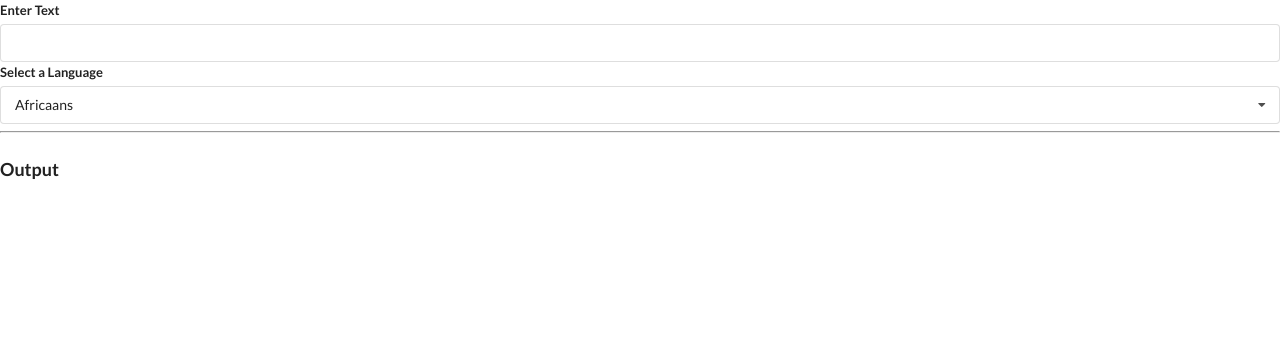
Repository: EgorSherstnev/widgets
Page: /
An editor plug-in stored every save of this project. The page is shown before and after the next save, followed by the edit.
The browser window is 1280 px wide. The pictures show the whole page.
The page's requests for data from a server got no answer. Some web libraries are served in a nearby version. The project was rebuilt for these pictures with package versions that can differ from the ones it lists, and the page was loaded fresh each time. No one was signed in, and anything a server would have sent is missing. Also part of the build but not shown: src/components/Search.js.

Above is the page before, as saved 2022-11-08 22:40:53.

After the next save:
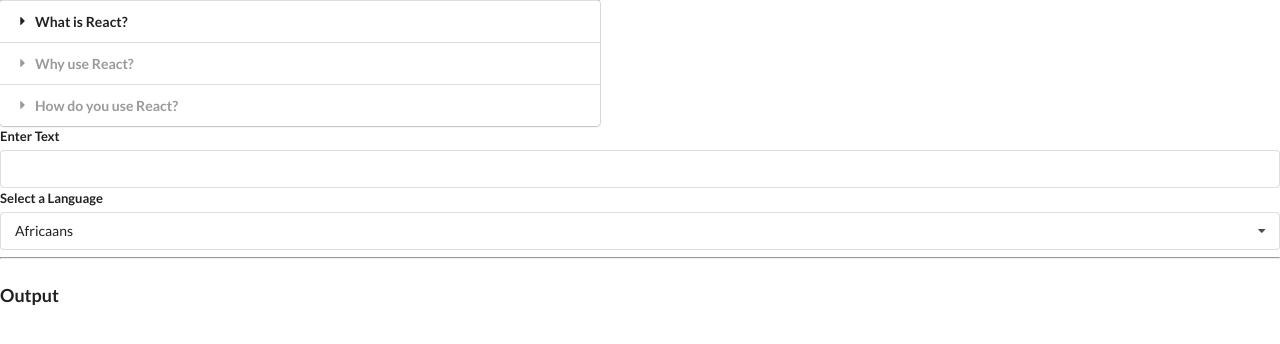
Saved 74 s later.
--- a/src/App.js
+++ b/src/App.js
@@ -43,6 +43,7 @@
 export default () => {
     return (
         <div>
+            {showAccordion()}
             <Translate />
         </div>
     );
